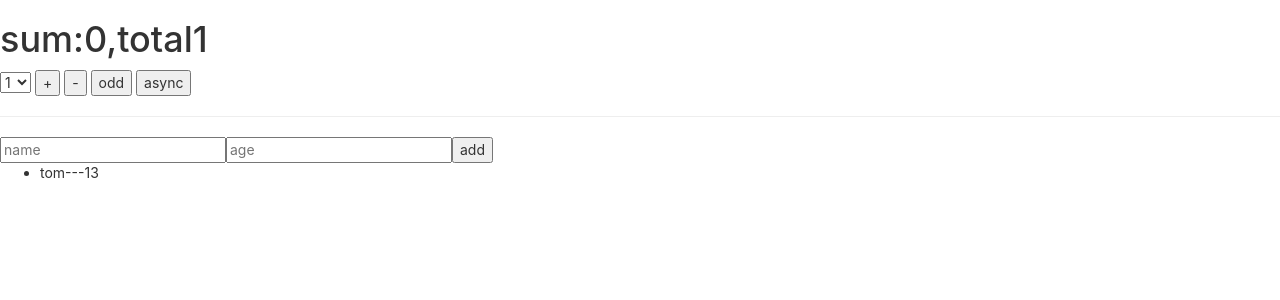
Repository: Shanshan67/React_a
Page: /
The author's editor kept a copy of each file at every save. The page is drawn from the files as they stood at one save, then again after the next save.
The browser window is 1280 px wide. The pictures show the whole page.
The project was rebuilt for these pictures with package versions that can differ from the ones it lists, and the page was loaded fresh each time.

Above is the page before, as saved 2022-12-09 00:14:54.

After the next save:
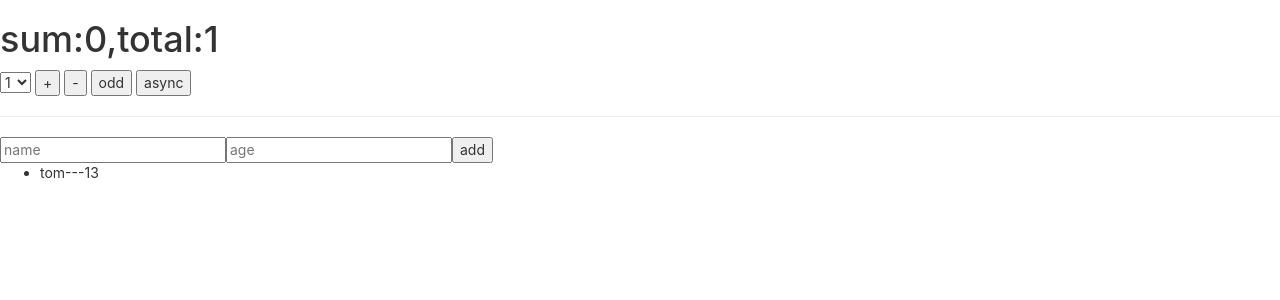
Saved 13 s later.
--- a/src/containers/Count/index.jsx
+++ b/src/containers/Count/index.jsx
@@ -27,7 +27,7 @@ import {createIncrementAction,
     render() {
     return (
         <div>
-            <h1>sum:{this.props.count},total{this.props.renshu} </h1>
+            <h1>sum:{this.props.count},total:{this.props.renshu} </h1>
             <select ref={c=>this.selectNumber=c}>
                 <option value="1">1</option>
                 <option value="2">2</option>
